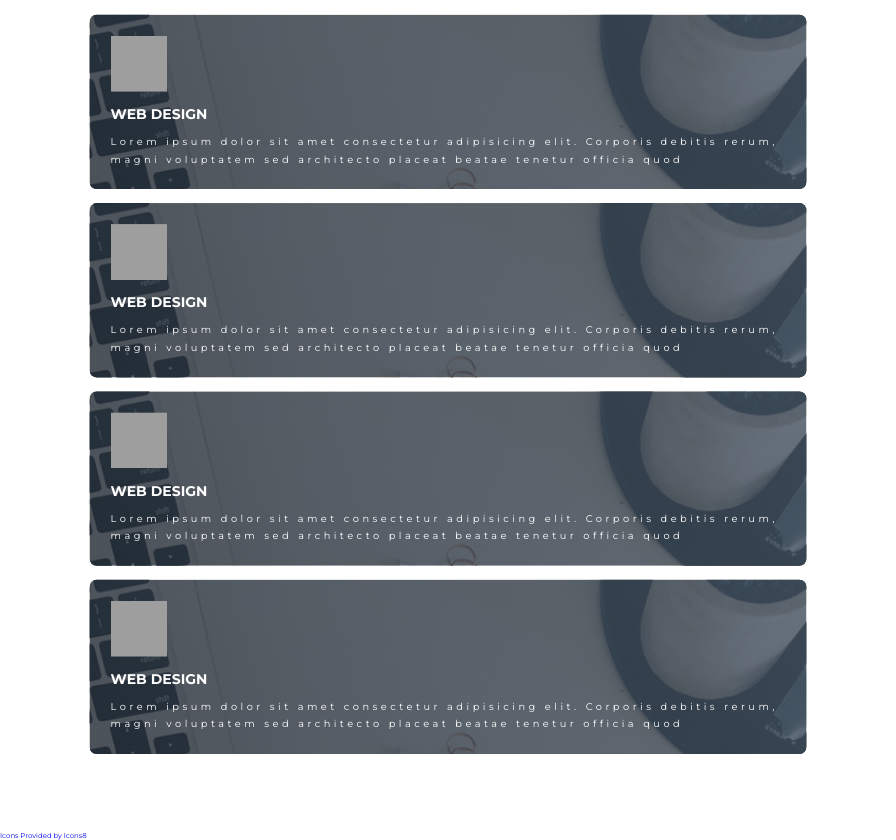
Repository: randysteele/my-portfolio-2023
Page: index.html
An editor plug-in stored every save of this project. The page is shown before and after the next save, followed by the edit.
The browser window is 1280 px wide. The pictures show the part of the page from y = 993 to 2913 px (the page is 2193 px tall before and 2913 px after), at 70% of full size.
Pictures or frames that could not be fetched are drawn as grey boxes.

Above is the page before, as saved 2023-04-23 14:59:55.

### index.html
<!DOCTYPE html>
<html lang="en">
<head>
    <meta charset="UTF-8">
    <meta http-equiv="X-UA-Compatible" content="IE=edge">
    <meta name="viewport" content="width=device-width, initial-scale=1.0">
    <link rel="stylesheet" href="style.css">
    <title>Randy Steele Portfolio</title>
</head>
<body>
    <!-- Hero Section -->
    <section id="hero">
        <div class="hero container">
            <div>
            <h1>Hello, <span></span></h1>
            <h1>My Name Is <span></span></h1>
            <h1>Randy <span></span></h1>
            <a href="#" type="button" class="cta">Portfolio</a>
        </div>
    </div>
    </section>
    <!-- End Hero Section -->

    <!-- Services Section -->
    <section id="services">
        <div class="services container">
          <div class="service-top">
            <h1 class="section-title">Serv<span>i</span>ces</h1>
            <p>Lorem ipsum dolor sit amet consectetur, adipisicing elit. Ipsum deleniti maiores pariatur assumenda quas
              magni et, doloribus quod voluptate quasi molestiae magnam officiis dolorum, dolor provident atque molestias
              voluptatum explicabo!</p>
          </div>
          <div class="service-bottom">
            <div class="service-item">
              <div class="icon"><img src="https://img.icons8.com/bubbles/100/000000/services.png" /></div>
              <h2>Web Design</h2>
              <p>Lorem ipsum dolor sit amet consectetur adipisicing elit. Corporis debitis rerum, magni voluptatem sed
                architecto placeat beatae tenetur officia quod</p>
            </div>
            <div class="service-item">
              <div class="icon"><img src="https://img.icons8.com/bubbles/100/000000/services.png" /></div>
              <h2>Web Design</h2>
              <p>Lorem ipsum dolor sit amet consectetur adipisicing elit. Corporis debitis rerum, magni voluptatem sed
                architecto placeat beatae tenetur officia quod</p>
            </div>
            <div class="service-item">
              <div class="icon"><img src="https://img.icons8.com/bubbles/100/000000/services.png" /></div>
              <h2>Web Design</h2>
              <p>Lorem ipsum dolor sit amet consectetur adipisicing elit. Corporis debitis rerum, magni voluptatem sed
                architecto placeat beatae tenetur officia quod</p>
            </div>
            <div class="service-item">
              <div class="icon"><img src="https://img.icons8.com/bubbles/100/000000/services.png" /></div>
              <h2>Web Design</h2>
              <p>Lorem ipsum dolor sit amet consectetur adipisicing elit. Corporis debitis rerum, magni voluptatem sed
                architecto placeat beatae tenetur officia quod</p>
            </div>
          </div>
        </div>
      </section>    <!-- End Services Section -->

</body>
</html>


<a target="_blank" href="https://icons8.com/icon/53429/home-page">Icons Provided by</a>  <a target="_blank" href="https://icons8.com">Icons8</a>

### style.css
@import url('https://fonts.googleapis.com/css2?family=Montserrat:wght@300;400;700&display=swap');
* {
    padding: 0;
    margin: 0;
    box-sizing: border-box;
}
html {
    font-size: 10px;
    font-family: "Montserrat", "sans-serif";
}
a {
    text-decoration: none;
}
.container {
    min-height: 100vh;
    width: 100%;
    display: flex;
    align-items: center;
    justify-content: center;
}

img{
    height: 100%;
    width: 100%;
    object-fit: cover;
}

p {
    color: black;
    font-size: 1.4rem;
    margin-top: 5px;
    line-height: 2.5rem;
    font-weight: 300px;
    letter-spacing: 0.5rem;
}


/* Hero Section */
#hero {
    background-image: url(./img/me1.jpeg);
    background-size: cover;
    background-position: top center;
    position: relative;
    z-index: 1;
}
#hero::after{
    content: '';
    position: absolute;
    left: 0;
    top: 0;
    height: 100%;
    width: 100%;
    background-color: black;
    opacity: 0.7;
    z-index: -1;
}
#hero .hero{
    max-width: 1200px;
    margin: 0 auto;
    padding: 0 50px;
    justify-content: flex-start;
}
#hero h1{
    display: block;
    width: fit-content;
    font-size: 4rem;
    position: relative;
    color: transparent;
    animation: text_reveal 1s ease forwards;
    animation-delay: 1s
}
#hero h1:nth-child(1){
    animation-delay: 1s;
}
#hero h1:nth-child(2){
    animation-delay: 2s;
}
#hero h1:nth-child(3){
    animation: text_reveal_name .5s ease forwards;
    animation-delay: 3s;
}

#hero .cta {
  display: inline-block;
  padding: 10px 30px;
  color: white;
  background-color: transparent;
  border: 2px solid crimson;
  font-size: 2rem;
  text-transform: uppercase;
  letter-spacing: 0.1rem;
  margin-top: 30px;
  transition: 0.3s ease;
  transition-property: background-color, color;
}
#hero .cta:hover {
    color: white;
    background-color: crimson;
}
#hero h1 span {
    position: absolute;
    top: 0;
    left: 0;
    height: 100%;
    width: 0;
    background-color: crimson;
    animation: text_reveal_box 1s ease;
    animation-delay: .3s;
}

#hero h1:nth-child(1) span {
    animation-delay: 1s;
}
#hero h1:nth-child(2) span {
    animation-delay: 2s;
}

#hero h1:nth-child(3) span {
    animation-delay: 3s;
}

/* End Hero Section */

/* Keyframes */

@keyframes text_reveal_box {
    50%{
        width: 100%;
        left: 0;
    }
    100%{
        width: 0;
        left: 100%;
    }
}
/* End Keyframes  */

/* Services Section */

#services .services{
 flex-direction: column;
 text-align: center;
 max-width: 1500px;
 margin: 0 auto;
 padding: 100px 0;
}

#services .section-title {
    font-size: 4rem;
    font-weight: 300;
    color: black;
    margin-bottom: 10px;
    text-transform: uppercase;
    letter-spacing: .2rem;
    text-align: center;
}

#services .section-title span {
    color: crimson;
}

#services .service-top p {
    color: black;
    font-size: 1.4rem;
    margin-top: 5px;
    line-height: 2.5rem;
    font-weight: 300px;
    letter-spacing: 0.5rem;
}

#services .service-bottom {
    display: flex;
    align-items: center;
    justify-content: center;
    flex-wrap: wrap;
    margin-top: 50px;
}

#services .service-item {
    flex-basis: 80%;
    display: flex;
    align-items: flex-start;
    justify-content: center;
    flex-direction: column;
    padding: 30px;
    border-radius: 10px;
    background-image: url(./img/img-1.png);
    background-size: cover;
    margin: 10px 5%;
    position: relative;
    z-index: 1;
    overflow: hidden;
}

#services .service-item::after {
    content: "";
    position: absolute;
    left: 0;
    top: 0;
    height: 100%;
    width: 100%;
    background-image: linear-gradient(60deg, #29323c 0%, #485563 100%);
    opacity: .8;
    z-index: -1;
}

#services .service-bottom .icon {
  height: 80px;
  width: 80px;
  margin-bottom: 20px;
}

#services .service-item h2 {
    font-size: 2rem;
    color: white;
    margin-bottom: 10px;
    text-transform: uppercase;
}

#services .service-item p{
    color: white;
    text-align: left;
}



/* End Services Section */



@keyframes text_reveal{
    100%{
        color: white;

    }
}
@keyframes text_reveal_name{
    100%{
        color: crimson;
        font-weight: 500px;
    }
}
/* Services Section */



/* End Services Section */

After the next save:
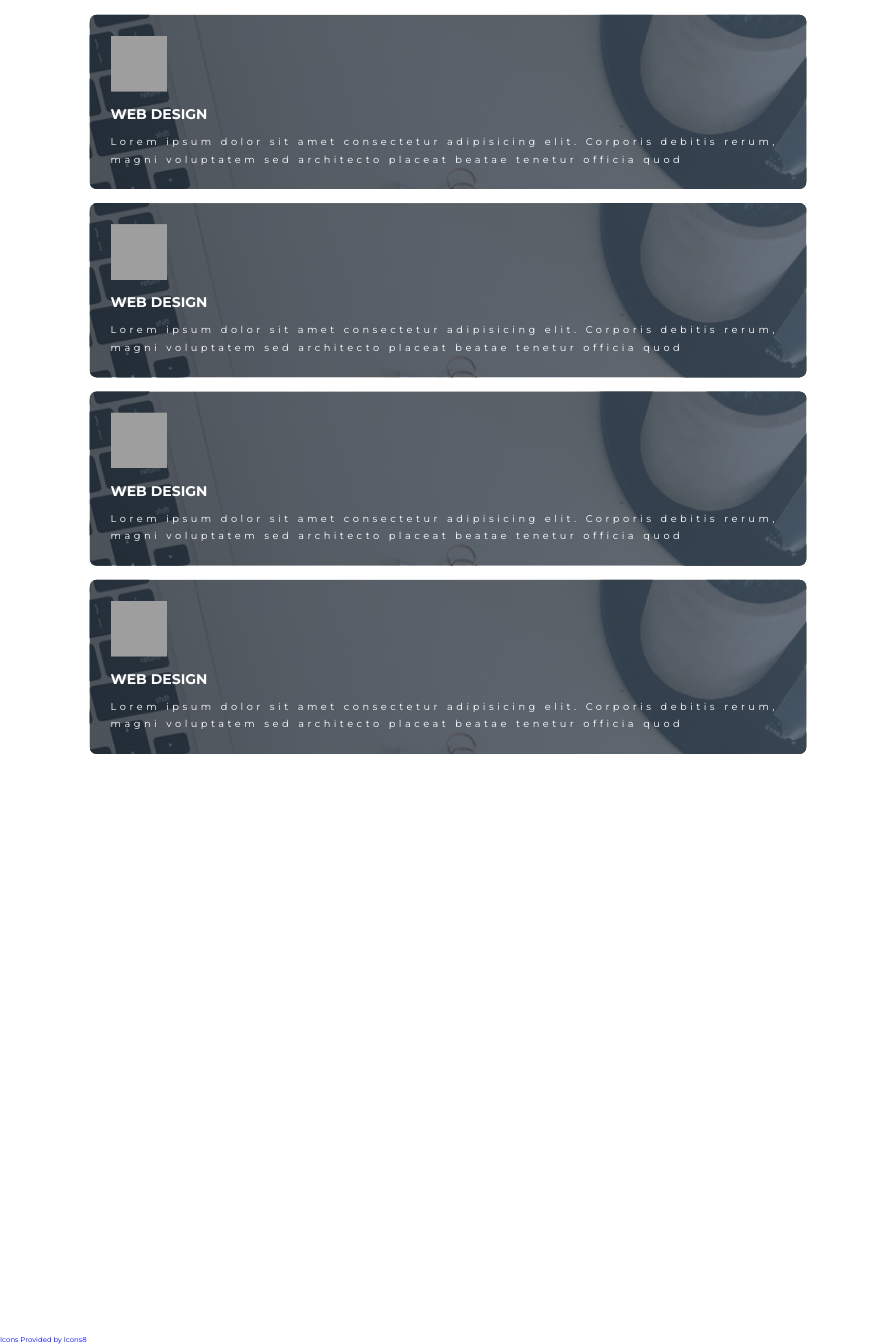
Saved 10 min 48 s later.
--- a/index.html
+++ b/index.html
@@ -57,7 +57,23 @@
             </div>
           </div>
         </div>
-      </section>    <!-- End Services Section -->
+      </section>
+<!-- End Services Section -->
+
+<!-- Projects Section -->
+<section id="projects">
+    <div class="projects container">
+        <div class="projects-header">
+        <div class="all
+        -header"></div>
+    </div>
+    </div>
+</div>
+</section>
+
+
+
+<!-- End Projects Section -->
 
 </body>
 </html>
